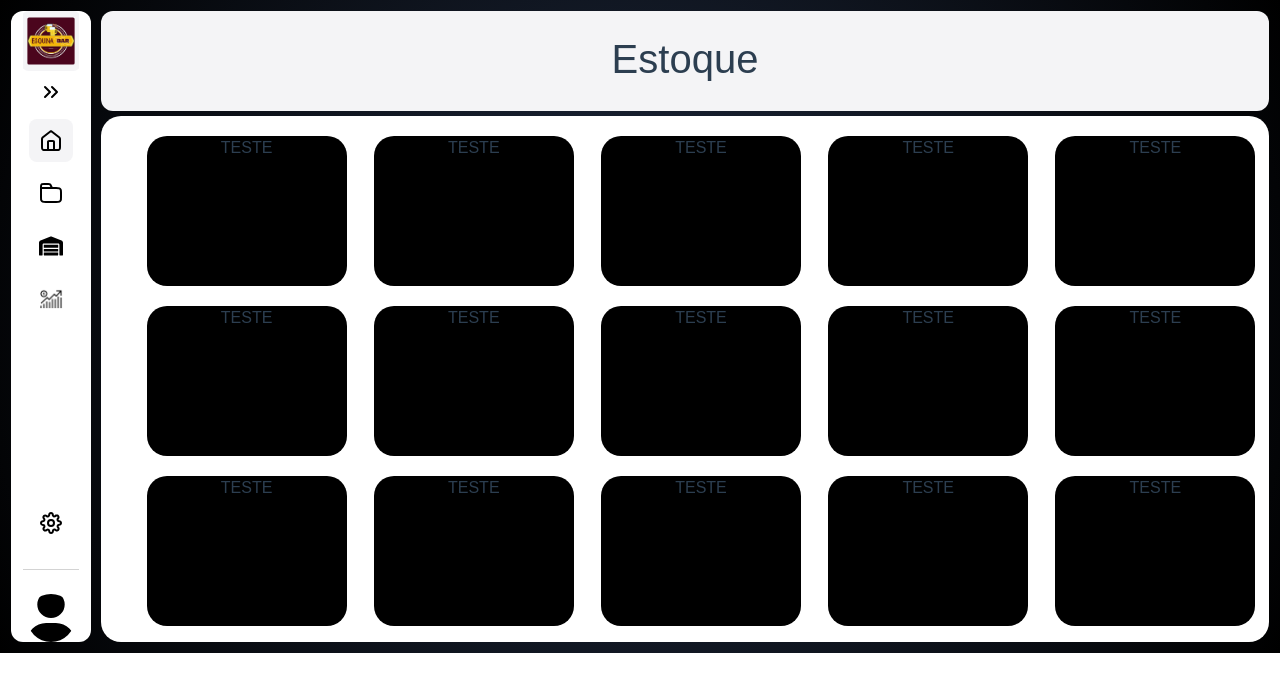
Repository: jazaoo13/Projeto_Oficina_Integracao
Page: / (app in Aplicacao_vue/)
An editor plug-in stored every save of this project. The page is shown before and after the next save, followed by the edit.
The browser window is 1280 px wide. The pictures show the whole page.
The page's requests for data from a server got no answer. The project was rebuilt for these pictures with package versions that can differ from the ones it lists, and the page was loaded fresh each time. No one was signed in, and anything a server would have sent is missing. Also part of the build but not shown: Aplicacao_vue/vue.config.js, Aplicacao_vue/src/View/jazao.vue.

Above is the page before, as saved 2023-11-19 17:48:12.

After the next save:
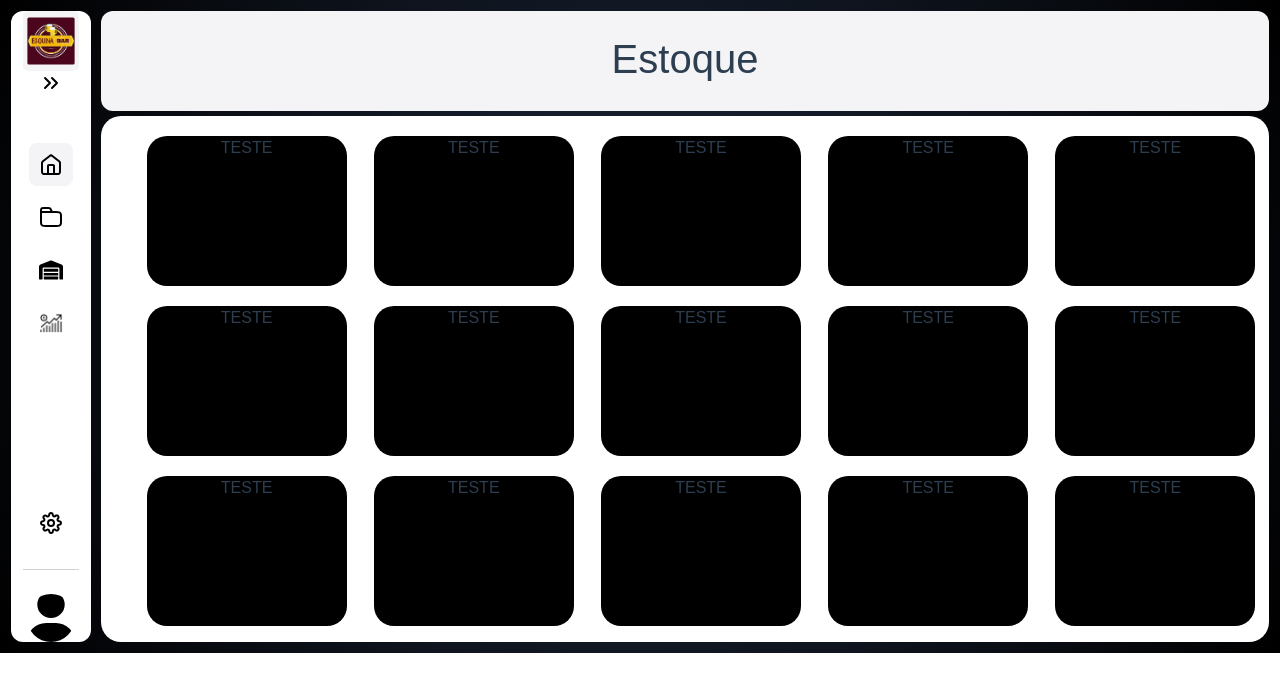
Saved 84 s later.
--- a/Aplicacao_vue/src/View/Sidebar.vue
+++ b/Aplicacao_vue/src/View/Sidebar.vue
@@ -221,8 +221,6 @@ span {
 }
 
 .toggle-btn {
-    position: absolute;
-    top: 80px;
     background-color:var(--bs-heading-color);
     border-radius: 50%;
     display: flex;
